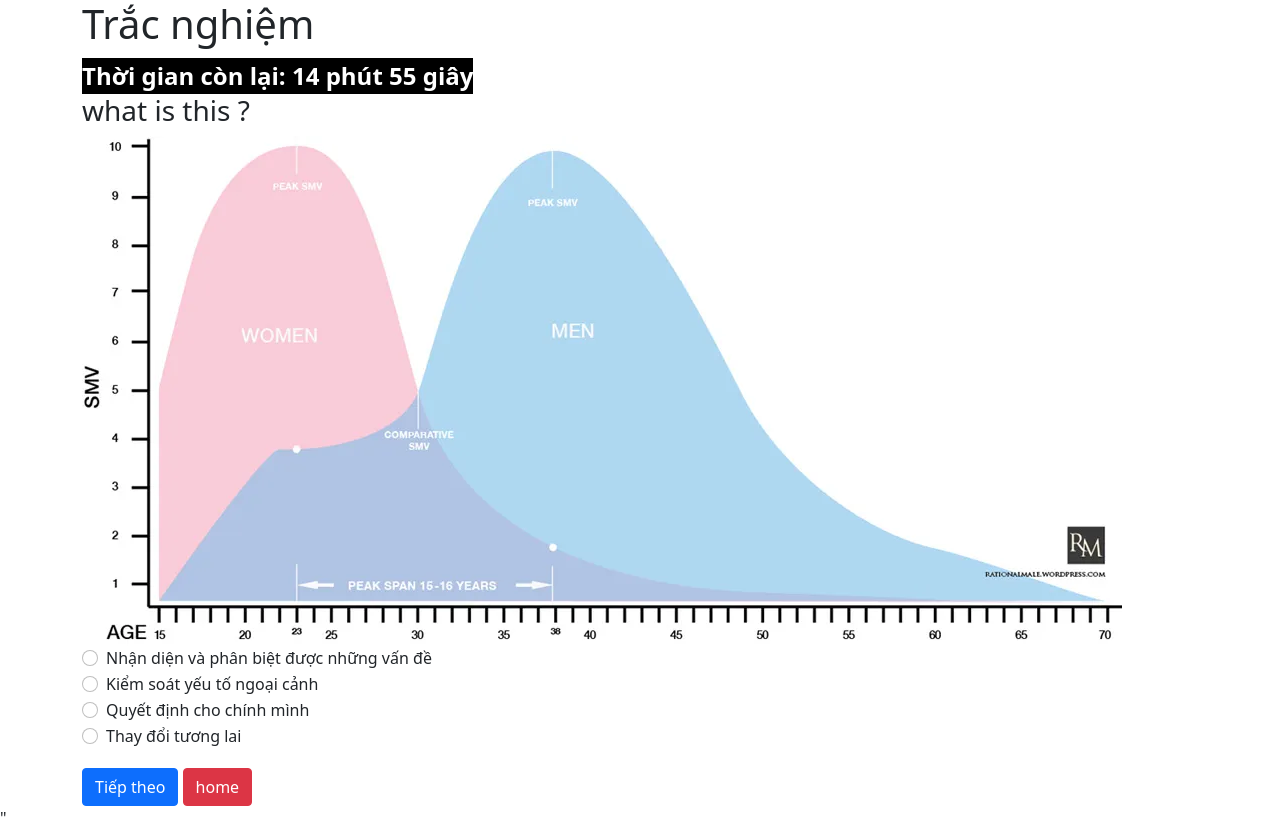
Repository: tran-thien-nhan/quiz_tlln
Page: men_advantage_quiz.html
These files come from the project's save history. The page is drawn as it stood at one moment and after the next save; the edit follows.
The browser window is 1280 px wide. The pictures show the whole page.

Above is the page before, as saved 2023-06-25 19:22:00.

After the next save:
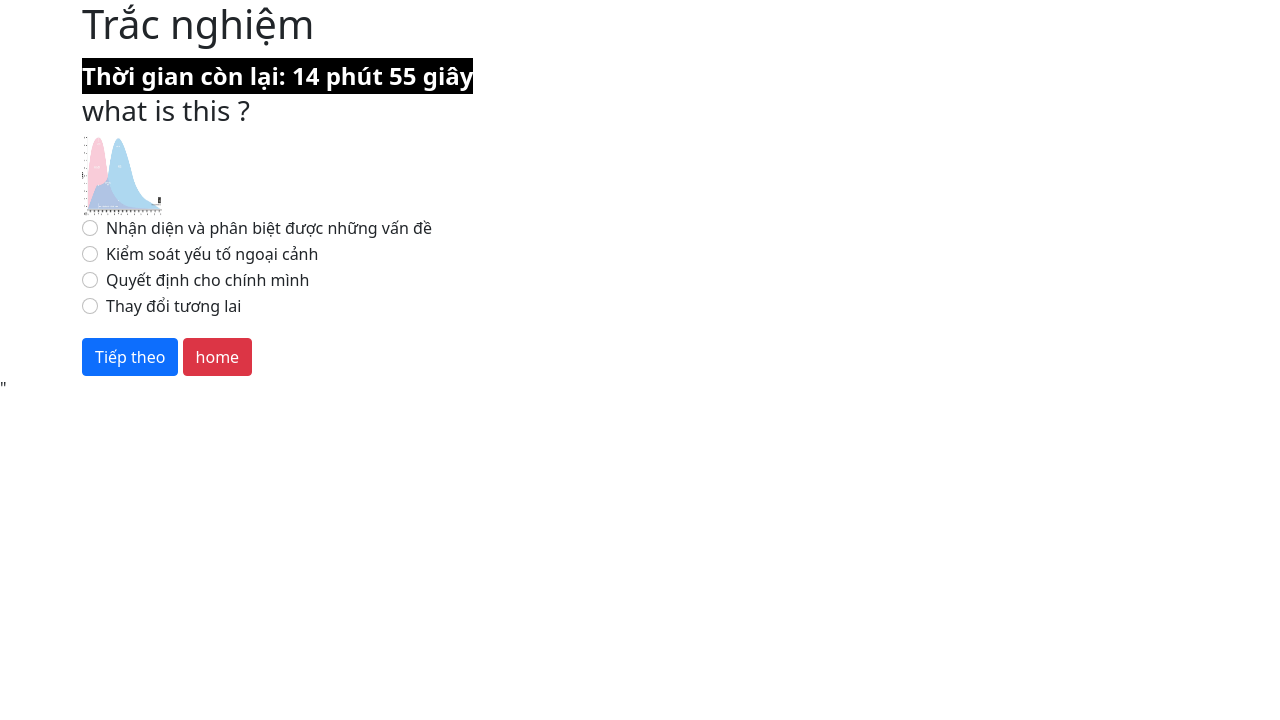
Saved 87 s later.
--- a/men_advantage_quiz.html
+++ b/men_advantage_quiz.html
@@ -19,7 +19,7 @@
         <div id="timeclock"></div>
         <div class="question" id="questionContainer">
             <h3 id="question"></h3>
-            <img src="" alt="" id="image" style="display: none;"> <!-- Thêm thẻ <img> để hiển thị hình ảnh -->
+            <img src="" alt="" id="image" style="display: none; width: 5rem; height: 5rem;"> <!-- Thêm thẻ <img> để hiển thị hình ảnh -->
             <div class="form-check">
                 <input class="form-check-input" type="radio" name="answer" id="answer1">
                 <label class="form-check-label" for="answer1" id="answerText1"></label>
